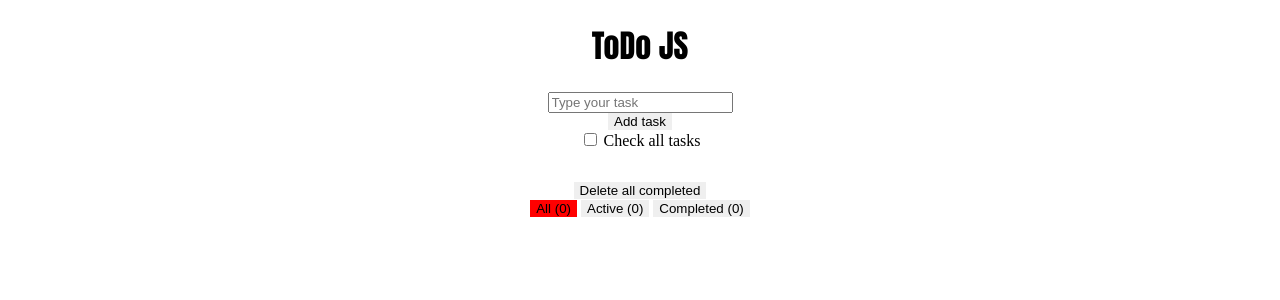
Repository: mklyagin/klyagin_todojs
Page: index.html
These files come from the project's save history. The page is drawn as it stood at one moment and after the next save; the edit follows.
The browser window is 1280 px wide. The pictures show the whole page.

Above is the page before, as saved 2024-02-27 15:39:01.

### index.html
<!DOCTYPE html>
<html lang="en">
  <head>
    <meta charset="UTF-8">
    <meta name="viewport" content="width=device-width, initial-scale=1.0">
    <title>ToDo JS</title>
    <link rel="stylesheet" href="./style.css">
  </head>
  <body>
    <h1>ToDo JS</h1>
    <input id="enter-task-input" placeholder="Type your task">
    <button type="button" id="add-task-button">Add task</button>
    <div>
      <input type="checkbox" id="check-all-checkbox">
      <span>Check all tasks</span>
    </div>
    <ul id="task-list"></ul>
    <button type="button" id="delete-all-completed-button">
      Delete all completed
    </button>
    <div id="tabulation">
      <button id="show-all" class="active">All (0)</button>
      <button id="show-active">Active (0)</button>
      <button id="show-completed">Completed (0)</button>
    </div>
    <div id="pagination"></div>
    <script src="./script.js"></script>
  </body>
</html>

### style.css

body {
  display: flex;
  flex-direction: column;
  margin: auto;
  align-items: center;
  justify-content: center;
}

body > h1 {
  font-family: Impact, Haettenschweiler, 'Arial Narrow Bold', sans-serif;
}

button {
 border: none;
}

.hidden-element {
  display: none;
}

.active {
  background: red;
}

### script.js
const buttonTaskAdd = document.querySelector('#add-task-button');
const inputTask = document.querySelector('#enter-task-input');
const ulTask = document.querySelector('#task-list');
const checkAllCheckbox = document.querySelector('#check-all-checkbox');
const deleteAllCompletedButton = document.querySelector('#delete-all-completed-button');
const tabulationDiv = document.querySelector('#tabulation');
const paginationDiv = document.querySelector('#pagination');

const ENTER_KEY = 'Enter';
const ESCAPE_KEY = 'Escape';
const QUANTITY_OF_TASKS = 5;

let taskList = [];
let taskListPages = [[]];
let filterType = 0;
let currentPage = 0;

const strValidation = (inputStr) => inputStr.replace(/[!@#$%^&*()'"`<>;:]/g, '');

const checkAllTaskStates = () => {
  checkAllCheckbox.checked = taskList.length
    ? (taskList.every((task) => task.isDone))
    : false;
};

const listToPages = (currentList) => {
  taskListPages = [[]];
  let index = 0;
  currentList.forEach((task) => {
    if (taskListPages[index].length === QUANTITY_OF_TASKS) {
      taskListPages.push([]);
      index += 1;
    }
    taskListPages[index].push(task);
  });
};

const taskFilter = (currentList) => {
  switch (filterType) {
    case (0):
      return currentList;
    case (1):
      currentList = currentList.filter((task) => !task.isDone);
      return currentList;
    case (2):
      currentList = currentList.filter((task) => task.isDone);
      return currentList;
    default:
      return undefined;
  }
};

const taskValidation = () => {
  taskList.forEach((task) => {
    task.title = task.title.trim();
  });
  taskList = taskList.filter((task) => task.title.length);
};
const taskFilterCounter = () => {
  const counter = {
    total: taskList.length,
    active: (taskList.filter((task) => !task.isDone)).length,
    completed: (taskList.filter((task) => task.isDone)).length,
  };

  return counter;
};

const taskRender = (isAdding) => {
  let listOfTasks = '';
  let prePaginationList = '';
  let currentList = [];
  taskValidation();
  currentList = taskFilter(taskList);
  listToPages(currentList);
  if (isAdding) {
    currentPage = taskListPages.length - 1;
  }
  taskListPages[currentPage].forEach((task) => {
    listOfTasks
    += `<li id=${task.id}>
    <input type="checkbox" class="check-task" ${task.isDone ? 'checked' : ''}>
    <span class="task-title">${task.title}</span>
    <input hidden class="edit-task" id=${task.id} value=${task.title} >
    <button type="button" class="delete-task">X</button>
    </li>`;
  });
  ulTask.innerHTML = listOfTasks;
  checkAllTaskStates();
  const tabNumbers = taskFilterCounter();
  for (let index = 0; index < 3; index += 1) {
    if (index === filterType) {
      tabulationDiv.children[index].classList.add('active');
    } else {
      tabulationDiv.children[index].classList.remove('active');
    }
  }
  tabulationDiv.children[0].innerHTML = `All (${tabNumbers.total})`;
  tabulationDiv.children[1].innerHTML = `Active (${tabNumbers.active})`;
  tabulationDiv.children[2].innerHTML = `Completed (${tabNumbers.completed})`;
  for (let i = 0; i < taskListPages.length; i += 1) {
    prePaginationList += `<button class="page-number ${(i === currentPage ? 'active' : '')}">${i + 1}</button>`;
  }
  paginationDiv.innerHTML = prePaginationList;
};

const setPage = (event) => {
  if (event.target.classList.contains('page-number')) {
    currentPage = event.target.innerHTML - 1;
  }
  taskRender();
};

const addTask = () => {
  const task = {
    id: Date.now(),
    title: strValidation(inputTask.value),
    isDone: false,
  };

  taskList.push(task);
  inputTask.value = '';
  taskRender(true);
};

const editVisibilityToggle = (target) => {
  target.hidden = !target.hidden;
  if (target.className === 'task-title') {
    target.nextElementSibling.hidden = !target.nextElementSibling.hidden;
    target.nextElementSibling.focus();
  } else {
    target.previousElementSibling.hidden = !target.previousElementSibling.hidden;
  }
};

const editMode = (event) => {
  if (event.target.className === 'edit-task') {
    if (event.key === ESCAPE_KEY) {
      taskRender();
    } else if (event.key === ENTER_KEY || (event.type === 'blur' && event.sourceCapabilities)) {
      event.target.value = event.target.value.trim();
      if (!event.target.value.length) {
        taskRender();
      } else {
        editVisibilityToggle(event.target.previousElementSibling);
        taskList.forEach((task) => {
          if (task.id === Number(event.target.id)) {
            task.title = strValidation(event.target.value);
          }
        });
        taskRender();
      }
    }
  }
};

const eventUlHandlerListener = (event) => {
  const eventTaskID = Number(event.target.parentNode.id);
  const elemClass = event.target.className;
  if (elemClass === 'check-task') {
    taskList.forEach((task) => {
      if (task.id === eventTaskID) {
        task.isDone = event.target.checked;
      }
      checkAllTaskStates();
    });
    taskRender();
  } else if (elemClass === 'delete-task' && event.type === 'click') {
    taskList = taskList.filter((task) => task.id !== eventTaskID);
    taskRender();
  } else if (elemClass === 'task-title' && event.detail === 2) {
    editVisibilityToggle(event.target);
  }
};

const inputTaskListener = (event) => {
  if (event.key === ENTER_KEY) {
    addTask();
    inputTask.blur();
  }
};

const deleteCompleted = () => {
  taskList = taskList.filter((task) => !task.isDone);
  taskRender();
};

const checkAll = () => {
  taskList.forEach((task) => {
    task.isDone = checkAllCheckbox.checked;
  });
  taskRender();
};

const paginationCounter = (totalNumber) => {
  switch (totalNumber) {
    case 0:
      return 0;
    case totalNumber < 0:
      return console.log('pagination counter returned num < 0');
    default:
      return (Math.ceil(totalNumber / 5) - 1);
  }
};

const tabulationListener = (event) => {
  const tabNumbers = taskFilterCounter();
  switch (event.target.id) {
    case ('show-all'):
      filterType = 0;
      currentPage = paginationCounter(tabNumbers.total);
      taskRender();
      break;
    case ('show-active'):
      filterType = 1;
      currentPage = paginationCounter(tabNumbers.active);
      taskRender();
      break;
    case ('show-completed'):
      filterType = 2;
      currentPage = paginationCounter(tabNumbers.completed);
      taskRender();
      break;
    default:
      break;
  }
};

ulTask.addEventListener('click', eventUlHandlerListener);
ulTask.addEventListener('blur', editMode, true);
ulTask.addEventListener('keydown', editMode);
buttonTaskAdd.addEventListener('click', addTask);
inputTask.addEventListener('keydown', inputTaskListener);
deleteAllCompletedButton.addEventListener('click', deleteCompleted);
checkAllCheckbox.addEventListener('click', checkAll);
tabulationDiv.addEventListener('click', tabulationListener);
paginationDiv.addEventListener('click', setPage);

After the next save:
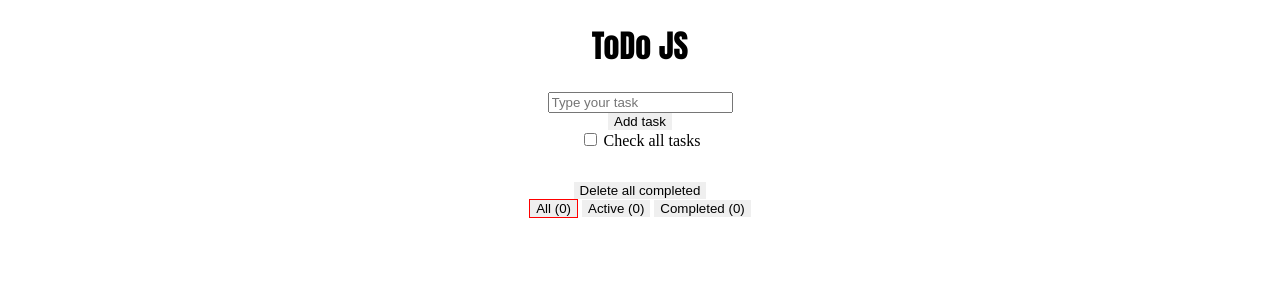
Saved 19 s later.
--- a/style.css
+++ b/style.css
@@ -20,5 +20,5 @@ button {
 }
 
 .active {
-  background: red;
+  border: 1px solid red;
 }
